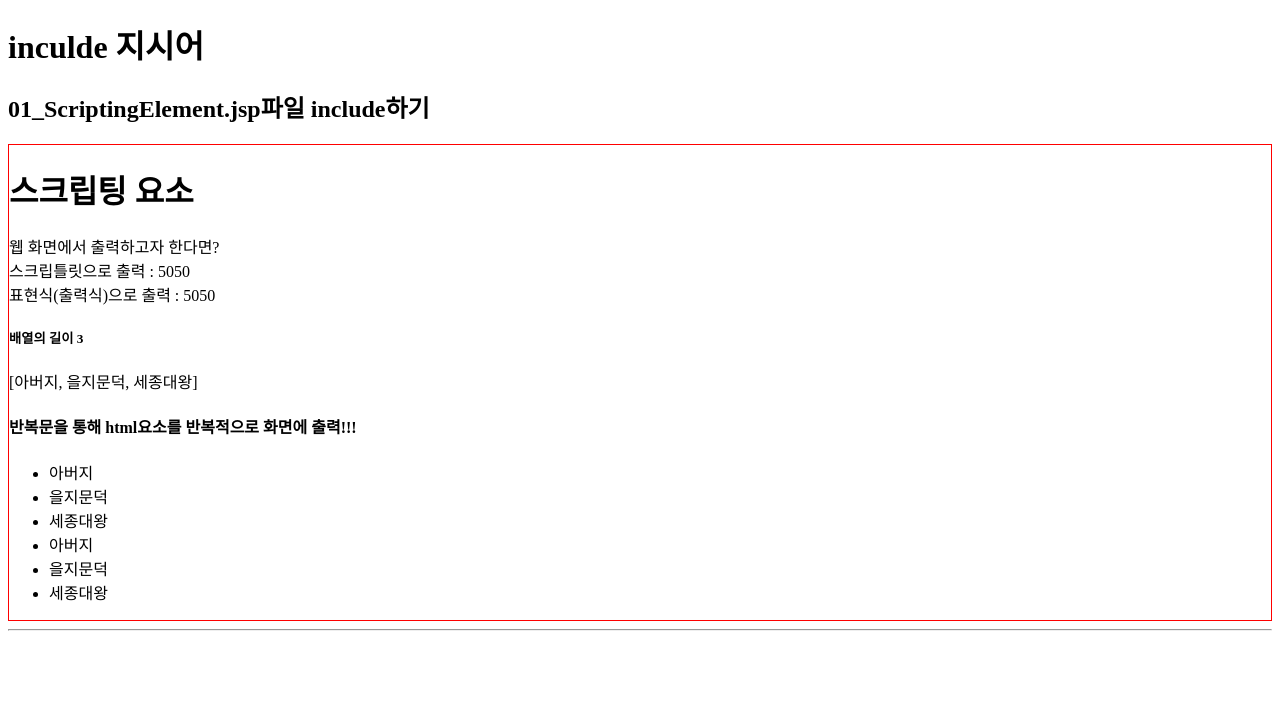
Repository: DonghwanSon1/StudyAndSubwayStore
Page: http://localhost/2_JSP/views/03_DirectiveInclude.jsp
These files come from the project's save history. The page is drawn as it stood at one moment and after a run of saves; the edit follows.
The browser window is 1280 px wide. The pictures show the whole page.
The page is served by Tomcat 9.

Above is the page before, as saved 2022-06-02 07:23:04.

### 2_JSP/WebContent/views/03_DirectiveInclude.jsp
<%@ page language="java" contentType="text/html; charset=UTF-8"
    pageEncoding="UTF-8"%>
<!DOCTYPE html>
<html>
<head>
<meta charset="UTF-8">
<title>include 지시어</title>
</head>
<body>

	<h1>inculde 지시어</h1>
	<h2>01_ScriptingElement.jsp파일 include하기</h2>
	<div style="border: 1px solid red;">
		<%@ include file="01_ScriptingElement.jsp" %>
	</div>

	<hr>























</body>
</html>

### 2_JSP/WebContent/views/01_ScriptingElement.jsp
<%@ page language="java" contentType="text/html; charset=UTF-8"
    pageEncoding="UTF-8" import="java.util.Arrays" %>
<!DOCTYPE html>
<html>
<head>
<meta charset="UTF-8">
<title>스크립팅 요소</title>
</head>
<body>
	<h1>스크립팅 요소</h1>

	<%--
		<%= result%>
		스크립틀릿 내의 자바코드의 실행순서는 순수 자바코드와 마찬가지로 위에서 아래순서대로 흐른다.
		즉, 먼저 선언을 하고나서 출력식을 통해 출력할 수 있다.
	 --%>


	<!-- HTML 주석 : 개발자도구탭에 노출 -->
	<%-- JSP 주석 : 개발자도구탭에 노출 안됌! --%>

	<%
		// 스크립틀릿 : 이 안에 일반적인 자바코드를 작성 (변수선언, 초기화, 제어문 등등)

		// 1~100까지의 누적합 구하기

		int result = 0;
		for(int i=1; i <= 100; i++){
			result += i;
		}
		//System.out.println(result);
	%>

	<p>
		웹 화면에서 출력하고자 한다면? <br>
		스크립틀릿으로 출력 : <% out.println(result); %> <br>
		표현식(출력식)으로 출력 : <%= result %> <br>
	</p>

	<%
		// 배열 사용
		String[] names = {"아버지", "을지문덕", "세종대왕"};
	%>

	<h5>배열의 길이 <%= names.length %></h5>

	<%= Arrays.toString(names)%>

	<h4>반복문을 통해 html요소를 반복적으로 화면에 출력!!!</h4>

	<ul>
		<% for(int i = 0; i < names.length; i++) {%>
			<li> <%= names[i] %> </li>
		<% } %>

		<% for(String s : names) {%>
			<li> <%= s%> </li>
		<% } %>
	</ul>

	<%!
		public void test(){ // 현재 이 JSP에서만 사용가능

		}
	%>

	<% test(); %>


</body>
</html>

After the next 2 saves:
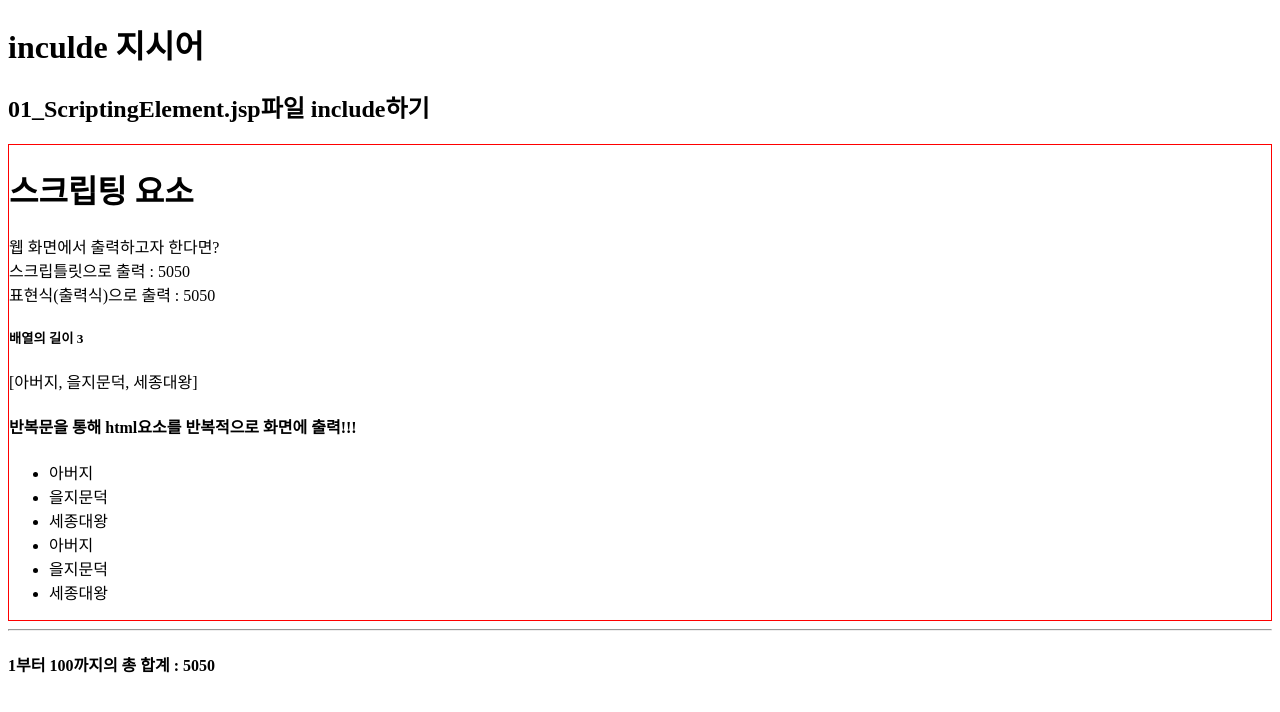
The 2 saves are shown as one change because 1 did not build or start.
The last was saved 5 min 6 s later.
--- a/2_JSP/WebContent/views/03_DirectiveInclude.jsp
+++ b/2_JSP/WebContent/views/03_DirectiveInclude.jsp
@@ -15,6 +15,8 @@
 	</div>
 
 	<hr>
+
+	<h4>1부터 100까지의 총 합계 : <%= result %> </h4>
 
 
 
